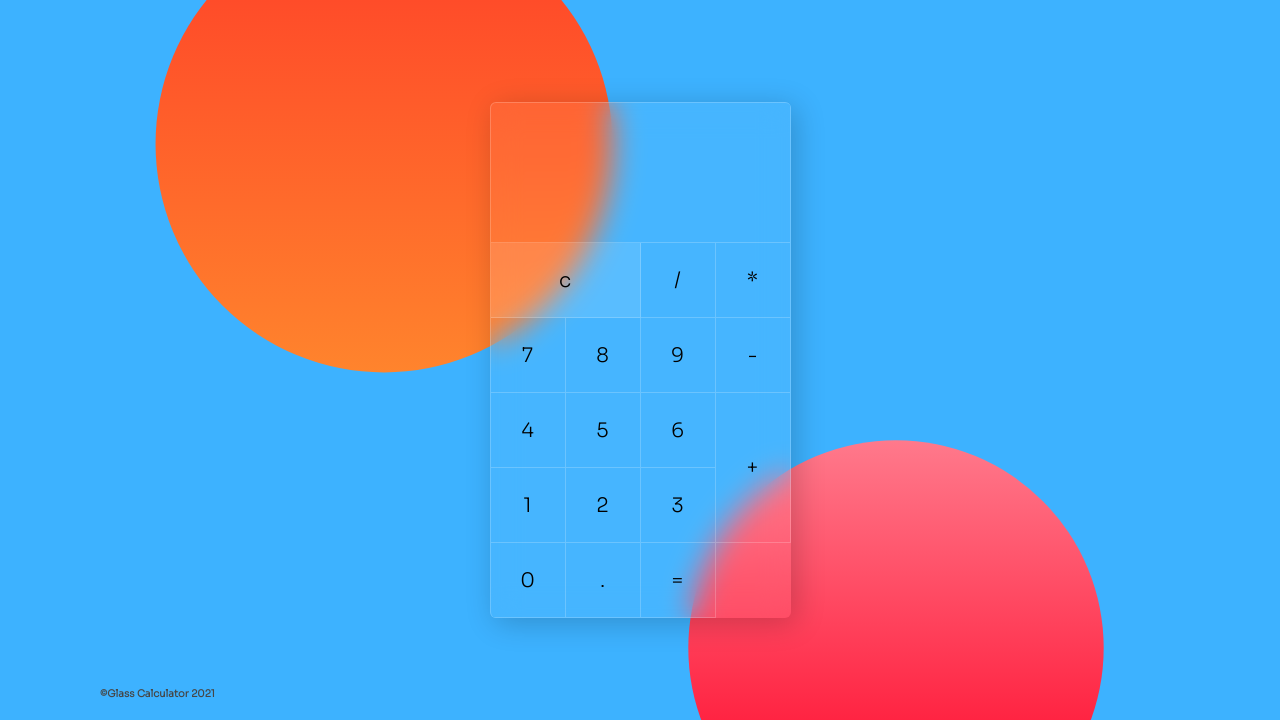
Repository: tharunkumaar404/Glass-Calci
Page: index.html
The author's editor kept a copy of each file at every save. The page is drawn from the files as they stood at one save, then again after the next save.
The browser window is 1280 px wide. The pictures show the whole page.

Above is the page before, as saved 2021-08-26 15:31:48.

### index.html
<!DOCTYPE html>
<html lang="en">
<head>
    <meta charset="UTF-8">
    <meta http-equiv="X-UA-Compatible" content="IE=edge">
    <meta name="viewport" content="width=device-width, initial-scale=1.0">
    <link rel="icon" href="https://img.icons8.com/fluency/48/000000/calculator.png" type="image/x-icon">
    <title>Calculator</title>
    <link rel="stylesheet" href="styles.css">
</head>
<body>
    <div class="container">
        <form class="calculator" name="calc">
            <input type="text" readonly class="value" name="txt"/>
            <span class="num clear" onclick="calc.txt.value = ''">c</span>
            <span class="num" onclick="document.calc.txt.value +='/'">/</span>
            <span class="num" onclick="document.calc.txt.value +='*'">*</span>
            <span class="num" onclick="document.calc.txt.value +='7'">7</span>
            <span class="num" onclick="document.calc.txt.value +='8'">8</span>
            <span class="num" onclick="document.calc.txt.value +='9'">9</span>
            <span class="num" onclick="document.calc.txt.value +='-'">-</span>
            <span class="num" onclick="document.calc.txt.value +='4'">4</span>
            <span class="num " onclick="document.calc.txt.value +='5'">5</span>
            <span class="num" onclick="document.calc.txt.value +='6'">6</span>
            <span class="num plus" onclick="document.calc.txt.value +='+'">+</span>
            <span class="num" onclick="document.calc.txt.value +='1'">1</span>
            <span class="num" onclick="document.calc.txt.value +='2'">2</span>
            <span class="num" onclick="document.calc.txt.value +='3'">3</span>
            <span class="num" onclick="document.calc.txt.value +='0'">0</span>
            <span class="num" onclick="document.calc.txt.value +='.'"">.</span>
            <span class="num equal" onclick="document.calc.txt.value =eval(calc.txt.value)">=</span>
        </form>
    </div>
    <h5>©Glass Calculator 2021</h5>
    <script type="text/javascript" src="vanilla-tilt.js"></script>
    <script type="text/javascript">
    	VanillaTilt.init(document.querySelector(".container"), {
    		max: 15,
    		speed: 400,
            glare: true,
            "max-glare":0.2,
            gyroscope:true,
    	});
    </script>
</html>

### styles.css
@import url('https://fonts.googleapis.com/css2?family=Sora:wght@300&display=swap');

*{
    margin: 0;
    padding: 0;
    box-sizing: border-box;
    font-family: 'Sora', sans-serif;
}


body{
display:flex;
justify-content: center;
align-items: center;
min-height: 100vh;
background: #3DB2FF;
}

body::before{
    content: '';
    position: absolute;
    top: 0;
    left:0;
    width: 100%;
    height:100%;
    background:linear-gradient(#FF4C29,#FFB830);
    clip-path: circle(22% at 30% 20%);
}
body::after{
    content: '';
    position: absolute;
    top: 0;
    left:0;
    width: 100%;
    height:100%;
    background:linear-gradient(#fff,#FF2442);
    clip-path: circle(20% at 70% 90%);
}

.container{
    position:relative;
    background: rgba(255,255,255,0.05);
    border-radius: 6px;
    overflow: hidden !important;
    z-index:10;
    backdrop-filter: blur(15px);
    border-top: 1px solid rgba(255,255,255,0.2);
    border-left:1px solid rgba(255,255,255,0.2);
    box-shadow: 5px 5px 30px rgba(0,0,0,0.2);

}

.container .calculator{
    position:relative;
    display:grid;

}

.container .calculator .value{
    grid-column: span 4;
    height: 140px;
    width:300px;
    text-align:right;
    border:none;
    outline:none;
    padding:10px;
    font-size:30px;
    background: transparent;
    color: #000;
    border-bottom: 1px solid rgba(255,255,255,0.2);
    border-right:1px solid rgba(255,255,255,0.2);


}
.container .calculator span {
    display:grid;
    place-items:center;
    height: 75px;
    width:75px;
    color:black;
    cursor:pointer;
    font-weight:400;
    font-size:20px;
    user-select:none;
    border-bottom: 1px solid rgba(255,255,255,0.2);
    border-right:1px solid rgba(255,255,255,0.2);
    transition: 0.5s;


}
.container .calculator span:hover{
    transition: 0s;
    background: rgba(255,255,255,0.2);
}

.container .calculator span:active{
    background: #3DB2FF;
    color: #F7F3E9;
    font-size: 24px;
    font-weight: 500;

}
.container .calculator .clear{
    grid-column: span 2;
    width:150px;
    background: rgba(255,255,255,0.1);
}
.container .calculator .plus{
grid-row: span 2;
height:150px;
}

h5{
    position: absolute;
    left:100px;
    bottom: 20px;
    font-size: 10px;
    color:rgb(70, 70, 70);
}

### vanilla-tilt.js
var VanillaTilt = (function () {
'use strict';

/**
 * Created by Sergiu Șandor (micku7zu) on 1/27/2017.
 * Original idea: https://github.com/gijsroge/tilt.js
 * MIT License.
 * Version 1.7.1
 */

class VanillaTilt {
  constructor(element, settings = {}) {
    if (!(element instanceof Node)) {
      throw ("Can't initialize VanillaTilt because " + element + " is not a Node.");
    }

    this.width = null;
    this.height = null;
    this.clientWidth = null;
    this.clientHeight = null;
    this.left = null;
    this.top = null;

    // for Gyroscope sampling
    this.gammazero = null;
    this.betazero = null;
    this.lastgammazero = null;
    this.lastbetazero = null;

    this.transitionTimeout = null;
    this.updateCall = null;
    this.event = null;

    this.updateBind = this.update.bind(this);
    this.resetBind = this.reset.bind(this);

    this.element = element;
    this.settings = this.extendSettings(settings);

    this.reverse = this.settings.reverse ? -1 : 1;
    this.glare = VanillaTilt.isSettingTrue(this.settings.glare);
    this.glarePrerender = VanillaTilt.isSettingTrue(this.settings["glare-prerender"]);
    this.fullPageListening = VanillaTilt.isSettingTrue(this.settings["full-page-listening"]);
    this.gyroscope = VanillaTilt.isSettingTrue(this.settings.gyroscope);
    this.gyroscopeSamples = this.settings.gyroscopeSamples;

    this.elementListener = this.getElementListener();

    if (this.glare) {
      this.prepareGlare();
    }

    if (this.fullPageListening) {
      this.updateClientSize();
    }

    this.addEventListeners();
    this.updateInitialPosition();
  }

  static isSettingTrue(setting) {
    return setting === "" || setting === true || setting === 1;
  }

  /**
   * Method returns element what will be listen mouse events
   * @return {Node}
   */
  getElementListener() {
    if (this.fullPageListening) {
      return window.document;
    }

    if (typeof this.settings["mouse-event-element"] === "string") {
      const mouseEventElement = document.querySelector(this.settings["mouse-event-element"]);

      if (mouseEventElement) {
        return mouseEventElement;
      }
    }

    if (this.settings["mouse-event-element"] instanceof Node) {
      return this.settings["mouse-event-element"];
    }

    return this.element;
  }

  /**
   * Method set listen methods for this.elementListener
   * @return {Node}
   */
  addEventListeners() {
    this.onMouseEnterBind = this.onMouseEnter.bind(this);
    this.onMouseMoveBind = this.onMouseMove.bind(this);
    this.onMouseLeaveBind = this.onMouseLeave.bind(this);
    this.onWindowResizeBind = this.onWindowResize.bind(this);
    this.onDeviceOrientationBind = this.onDeviceOrientation.bind(this);

    this.elementListener.addEventListener("mouseenter", this.onMouseEnterBind);
    this.elementListener.addEventListener("mouseleave", this.onMouseLeaveBind);
    this.elementListener.addEventListener("mousemove", this.onMouseMoveBind);

    if (this.glare || this.fullPageListening) {
      window.addEventListener("resize", this.onWindowResizeBind);
    }

    if (this.gyroscope) {
      window.addEventListener("deviceorientation", this.onDeviceOrientationBind);
    }
  }

  /**
   * Method remove event listeners from current this.elementListener
   */
  removeEventListeners() {
    this.elementListener.removeEventListener("mouseenter", this.onMouseEnterBind);
    this.elementListener.removeEventListener("mouseleave", this.onMouseLeaveBind);
    this.elementListener.removeEventListener("mousemove", this.onMouseMoveBind);

    if (this.gyroscope) {
      window.removeEventListener("deviceorientation", this.onDeviceOrientationBind);
    }

    if (this.glare || this.fullPageListening) {
      window.removeEventListener("resize", this.onWindowResizeBind);
    }
  }

  destroy() {
    clearTimeout(this.transitionTimeout);
    if (this.updateCall !== null) {
      cancelAnimationFrame(this.updateCall);
    }

    this.reset();

    this.removeEventListeners();
    this.element.vanillaTilt = null;
    delete this.element.vanillaTilt;

    this.element = null;
  }

  onDeviceOrientation(event) {
    if (event.gamma === null || event.beta === null) {
      return;
    }

    this.updateElementPosition();

    if (this.gyroscopeSamples > 0) {
      this.lastgammazero = this.gammazero;
      this.lastbetazero = this.betazero;

      if (this.gammazero === null) {
        this.gammazero = event.gamma;
        this.betazero = event.beta;
      } else {
        this.gammazero = (event.gamma + this.lastgammazero) / 2;
        this.betazero = (event.beta + this.lastbetazero) / 2;
      }

      this.gyroscopeSamples -= 1;
    }

    const totalAngleX = this.settings.gyroscopeMaxAngleX - this.settings.gyroscopeMinAngleX;
    const totalAngleY = this.settings.gyroscopeMaxAngleY - this.settings.gyroscopeMinAngleY;

    const degreesPerPixelX = totalAngleX / this.width;
    const degreesPerPixelY = totalAngleY / this.height;

    const angleX = event.gamma - (this.settings.gyroscopeMinAngleX + this.gammazero);
    const angleY = event.beta - (this.settings.gyroscopeMinAngleY + this.betazero);

    const posX = angleX / degreesPerPixelX;
    const posY = angleY / degreesPerPixelY;

    if (this.updateCall !== null) {
      cancelAnimationFrame(this.updateCall);
    }

    this.event = {
      clientX: posX + this.left,
      clientY: posY + this.top,
    };

    this.updateCall = requestAnimationFrame(this.updateBind);
  }

  onMouseEnter() {
    this.updateElementPosition();
    this.element.style.willChange = "transform";
    this.setTransition();
  }

  onMouseMove(event) {
    if (this.updateCall !== null) {
      cancelAnimationFrame(this.updateCall);
    }

    this.event = event;
    this.updateCall = requestAnimationFrame(this.updateBind);
  }

  onMouseLeave() {
    this.setTransition();

    if (this.settings.reset) {
      requestAnimationFrame(this.resetBind);
    }
  }

  reset() {
    this.event = {
      clientX: this.left + this.width / 2,
      clientY: this.top + this.height / 2
    };

    if (this.element && this.element.style) {
      this.element.style.transform = `perspective(${this.settings.perspective}px) ` +
        `rotateX(0deg) ` +
        `rotateY(0deg) ` +
        `scale3d(1, 1, 1)`;
    }

    this.resetGlare();
  }

  resetGlare() {
    if (this.glare) {
      this.glareElement.style.transform = "rotate(180deg) translate(-50%, -50%)";
      this.glareElement.style.opacity = "0";
    }
  }

  updateInitialPosition() {
    if (this.settings.startX === 0 && this.settings.startY === 0) {
      return;
    }

    this.onMouseEnter();

    if (this.fullPageListening) {
      this.event = {
        clientX: (this.settings.startX + this.settings.max) / (2 * this.settings.max) * this.clientWidth,
        clientY: (this.settings.startY + this.settings.max) / (2 * this.settings.max) * this.clientHeight
      };
    } else {
      this.event = {
        clientX: this.left + ((this.settings.startX + this.settings.max) / (2 * this.settings.max) * this.width),
        clientY: this.top + ((this.settings.startY + this.settings.max) / (2 * this.settings.max) * this.height)
      };
    }


    let backupScale = this.settings.scale;
    this.settings.scale = 1;
    this.update();
    this.settings.scale = backupScale;
    this.resetGlare();
  }

  getValues() {
    let x, y;

    if (this.fullPageListening) {
      x = this.event.clientX / this.clientWidth;
      y = this.event.clientY / this.clientHeight;
    } else {
      x = (this.event.clientX - this.left) / this.width;
      y = (this.event.clientY - this.top) / this.height;
    }

    x = Math.min(Math.max(x, 0), 1);
    y = Math.min(Math.max(y, 0), 1);

    let tiltX = (this.reverse * (this.settings.max - x * this.settings.max * 2)).toFixed(2);
    let tiltY = (this.reverse * (y * this.settings.max * 2 - this.settings.max)).toFixed(2);
    let angle = Math.atan2(this.event.clientX - (this.left + this.width / 2), -(this.event.clientY - (this.top + this.height / 2))) * (180 / Math.PI);

    return {
      tiltX: tiltX,
      tiltY: tiltY,
      percentageX: x * 100,
      percentageY: y * 100,
      angle: angle
    };
  }

  updateElementPosition() {
    let rect = this.element.getBoundingClientRect();

    this.width = this.element.offsetWidth;
    this.height = this.element.offsetHeight;
    this.left = rect.left;
    this.top = rect.top;
  }

  update() {
    let values = this.getValues();

    this.element.style.transform = "perspective(" + this.settings.perspective + "px) " +
      "rotateX(" + (this.settings.axis === "x" ? 0 : values.tiltY) + "deg) " +
      "rotateY(" + (this.settings.axis === "y" ? 0 : values.tiltX) + "deg) " +
      "scale3d(" + this.settings.scale + ", " + this.settings.scale + ", " + this.settings.scale + ")";

    if (this.glare) {
      this.glareElement.style.transform = `rotate(${values.angle}deg) translate(-50%, -50%)`;
      this.glareElement.style.opacity = `${values.percentageY * this.settings["max-glare"] / 100}`;
    }

    this.element.dispatchEvent(new CustomEvent("tiltChange", {
      "detail": values
    }));

    this.updateCall = null;
  }

  /**
   * Appends the glare element (if glarePrerender equals false)
   * and sets the default style
   */
  prepareGlare() {
    // If option pre-render is enabled we assume all html/css is present for an optimal glare effect.
    if (!this.glarePrerender) {
      // Create glare element
      const jsTiltGlare = document.createElement("div");
      jsTiltGlare.classList.add("js-tilt-glare");

      const jsTiltGlareInner = document.createElement("div");
      jsTiltGlareInner.classList.add("js-tilt-glare-inner");

      jsTiltGlare.appendChild(jsTiltGlareInner);
      this.element.appendChild(jsTiltGlare);
    }

    this.glareElementWrapper = this.element.querySelector(".js-tilt-glare");
    this.glareElement = this.element.querySelector(".js-tilt-glare-inner");

    if (this.glarePrerender) {
      return;
    }

    Object.assign(this.glareElementWrapper.style, {
      "position": "absolute",
      "top": "0",
      "left": "0",
      "width": "100%",
      "height": "100%",
      "overflow": "hidden",
      "pointer-events": "none"
    });

    Object.assign(this.glareElement.style, {
      "position": "absolute",
      "top": "50%",
      "left": "50%",
      "pointer-events": "none",
      "background-image": `linear-gradient(0deg, rgba(255,255,255,0) 0%, rgba(255,255,255,1) 100%)`,
      "width": `${this.element.offsetWidth * 2}px`,
      "height": `${this.element.offsetWidth * 2}px`,
      "transform": "rotate(180deg) translate(-50%, -50%)",
      "transform-origin": "0% 0%",
      "opacity": "0",
    });
  }

  updateGlareSize() {
    if (this.glare) {
      Object.assign(this.glareElement.style, {
        "width": `${this.element.offsetWidth * 2}`,
        "height": `${this.element.offsetWidth * 2}`,
      });
    }
  }

  updateClientSize() {
    this.clientWidth = window.innerWidth
      || document.documentElement.clientWidth
      || document.body.clientWidth;

    this.clientHeight = window.innerHeight
      || document.documentElement.clientHeight
      || document.body.clientHeight;
  }

  onWindowResize() {
    this.updateGlareSize();
    this.updateClientSize();
  }

  setTransition() {
    clearTimeout(this.transitionTimeout);
    this.element.style.transition = this.settings.speed + "ms " + this.settings.easing;
    if (this.glare) this.glareElement.style.transition = `opacity ${this.settings.speed}ms ${this.settings.easing}`;

    this.transitionTimeout = setTimeout(() => {
      this.element.style.transition = "";
      if (this.glare) {
        this.glareElement.style.transition = "";
      }
    }, this.settings.speed);

  }

  /**
   * Method return patched settings of instance
   * @param {boolean} settings.reverse - reverse the tilt direction
   * @param {number} settings.max - max tilt rotation (degrees)
   * @param {startX} settings.startX - the starting tilt on the X axis, in degrees. Default: 0
   * @param {startY} settings.startY - the starting tilt on the Y axis, in degrees. Default: 0
   * @param {number} settings.perspective - Transform perspective, the lower the more extreme the tilt gets
   * @param {string} settings.easing - Easing on enter/exit
   * @param {number} settings.scale - 2 = 200%, 1.5 = 150%, etc..
   * @param {number} settings.speed - Speed of the enter/exit transition
   * @param {boolean} settings.transition - Set a transition on enter/exit
   * @param {string|null} settings.axis - What axis should be disabled. Can be X or Y
   * @param {boolean} settings.glare - What axis should be disabled. Can be X or Y
   * @param {number} settings.max-glare - the maximum "glare" opacity (1 = 100%, 0.5 = 50%)
   * @param {boolean} settings.glare-prerender - false = VanillaTilt creates the glare elements for you, otherwise
   * @param {boolean} settings.full-page-listening - If true, parallax effect will listen to mouse move events on the whole document, not only the selected element
   * @param {string|object} settings.mouse-event-element - String selector or link to HTML-element what will be listen mouse events
   * @param {boolean} settings.reset - false = If the tilt effect has to be reset on exit
   * @param {gyroscope} settings.gyroscope - Enable tilting by deviceorientation events
   * @param {gyroscopeSensitivity} settings.gyroscopeSensitivity - Between 0 and 1 - The angle at which max tilt position is reached. 1 = 90deg, 0.5 = 45deg, etc..
   * @param {gyroscopeSamples} settings.gyroscopeSamples - How many gyroscope moves to decide the starting position.
   */
  extendSettings(settings) {
    let defaultSettings = {
      reverse: false,
      max: 15,
      startX: 0,
      startY: 0,
      perspective: 1000,
      easing: "cubic-bezier(.03,.98,.52,.99)",
      scale: 1,
      speed: 300,
      transition: true,
      axis: null,
      glare: false,
      "max-glare": 1,
      "glare-prerender": false,
      "full-page-listening": false,
      "mouse-event-element": null,
      reset: true,
      gyroscope: true,
      gyroscopeMinAngleX: -45,
      gyroscopeMaxAngleX: 45,
      gyroscopeMinAngleY: -45,
      gyroscopeMaxAngleY: 45,
      gyroscopeSamples: 10
    };

    let newSettings = {};
    for (var property in defaultSettings) {
      if (property in settings) {
        newSettings[property] = settings[property];
      } else if (this.element.hasAttribute("data-tilt-" + property)) {
        let attribute = this.element.getAttribute("data-tilt-" + property);
        try {
          newSettings[property] = JSON.parse(attribute);
        } catch (e) {
          newSettings[property] = attribute;
        }

      } else {
        newSettings[property] = defaultSettings[property];
      }
    }

    return newSettings;
  }

  static init(elements, settings) {
    if (elements instanceof Node) {
      elements = [elements];
    }

    if (elements instanceof NodeList) {
      elements = [].slice.call(elements);
    }

    if (!(elements instanceof Array)) {
      return;
    }

    elements.forEach((element) => {
      if (!("vanillaTilt" in element)) {
        element.vanillaTilt = new VanillaTilt(element, settings);
      }
    });
  }
}

if (typeof document !== "undefined") {
  /* expose the class to window */
  window.VanillaTilt = VanillaTilt;

  /**
   * Auto load
   */
  VanillaTilt.init(document.querySelectorAll("[data-tilt]"));
}

return VanillaTilt;

}());

After the next save:
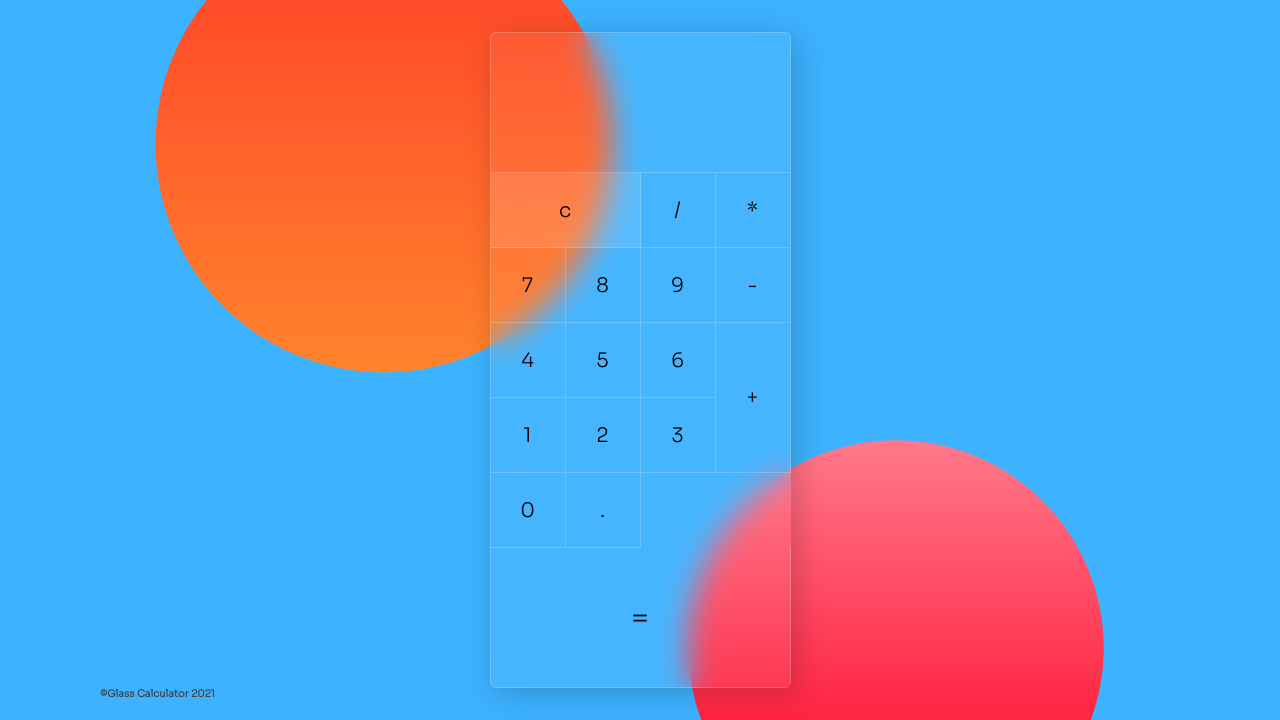
Saved 40 s later.
--- a/styles.css
+++ b/styles.css
@@ -72,6 +72,22 @@ body::after{
 
 
 }
+.container .calculator .equal{
+    grid-column: span 4;
+    height: 140px;
+    width:300px;
+    text-align:right;
+    border:none;
+    outline:none;
+    padding:10px;
+    font-size:30px;
+    background: transparent;
+    color: #000;
+    border-bottom: 1px solid rgba(255,255,255,0.2);
+    border-right:1px solid rgba(255,255,255,0.2);
+
+
+}
 .container .calculator span {
     display:grid;
     place-items:center;
